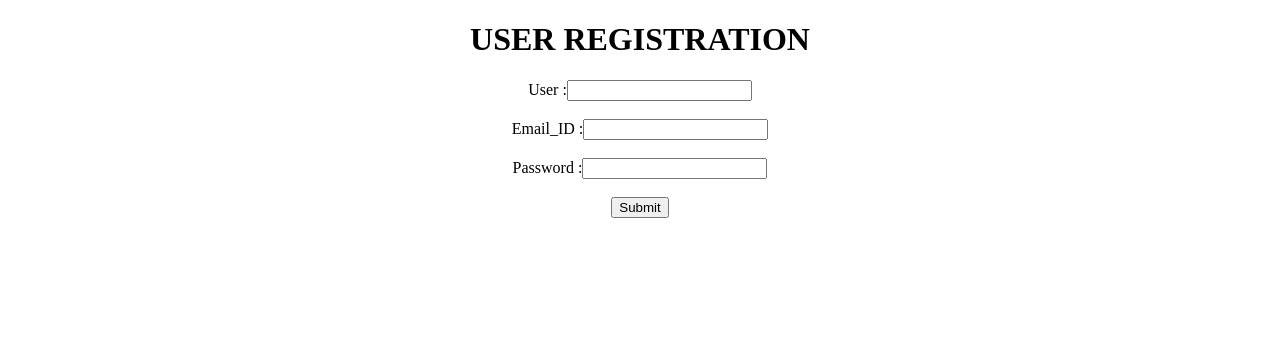
Repository: sunil965/JDBC-Servlet-JSP
Page: http://localhost/JspRegistrationTask/
The author's editor kept a copy of each file at every save. The page is drawn from the files as they stood at one save, then again after the next save.
The browser window is 1280 px wide. The pictures show the whole page.
The page is served by Tomcat 9.

Above is the page before, as saved 2017-05-02 11:21:16.

After the next save:
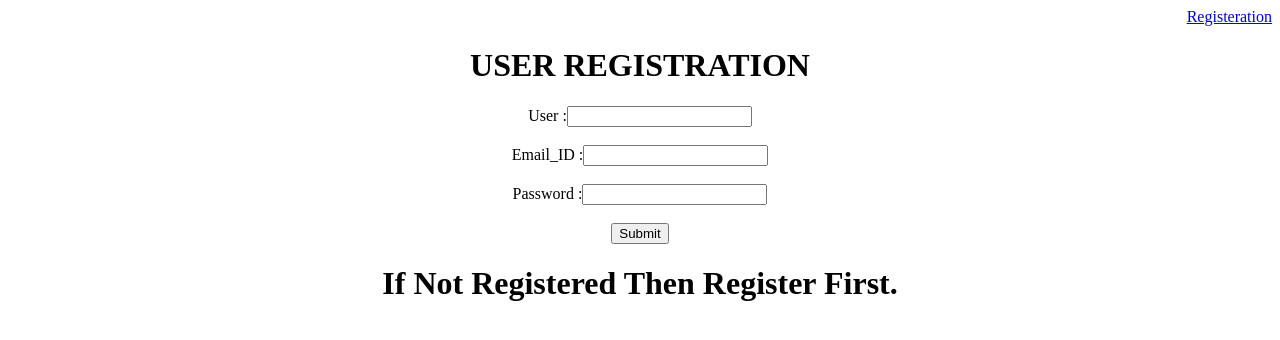
Saved 57 s later.
--- a/JspRegistrationTask/WebContent/index.jsp
+++ b/JspRegistrationTask/WebContent/index.jsp
@@ -8,7 +8,7 @@
 </head>
 <body>
 <div align="right">
-<a href="userlogin.jsp"></a>
+<a href="userlogin.jsp">Registeration</a>
 </div>
 <div align="center">
 <h1>USER REGISTRATION</h1>
@@ -18,5 +18,6 @@
 		Password :<input type="password" name="pwd"><br><br>
 		<input type="submit">
 	</form>
+	<h1>If Not Registered Then Register First.</h1>
 </div>
 </html>
